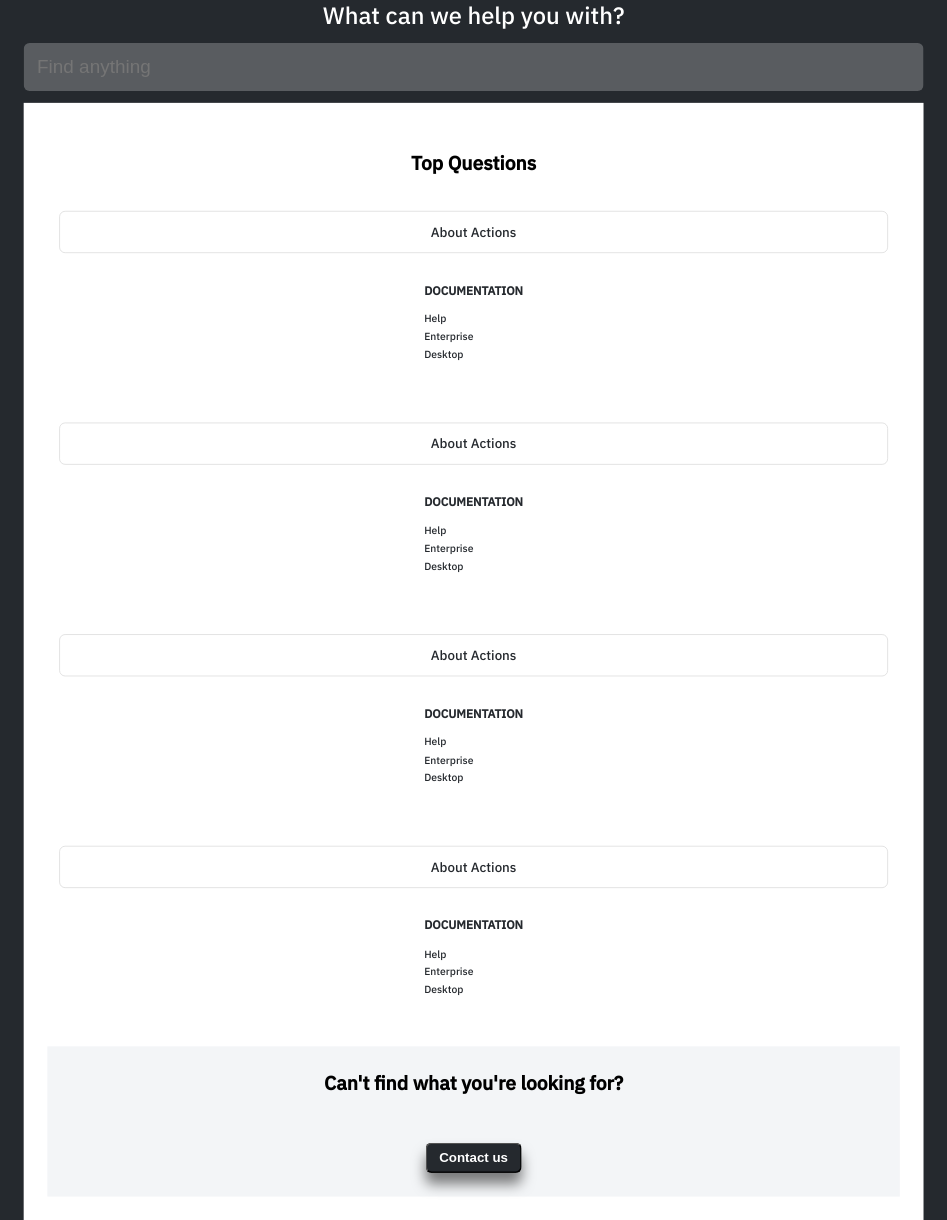
Repository: Hcmwebs/Help-Center-UI-
Page: index.html
An editor plug-in stored every save of this project. The page is shown before and after the next save, followed by the edit.
The browser window is 1280 px wide. The pictures show the whole page, at 74% of full size.
The style sheet was rebuilt from its Sass, Less or Tailwind sources for each picture, by a compiler version that may differ from the author's.

Above is the page before, as saved 2020-08-26 00:41:06.

After the next save:
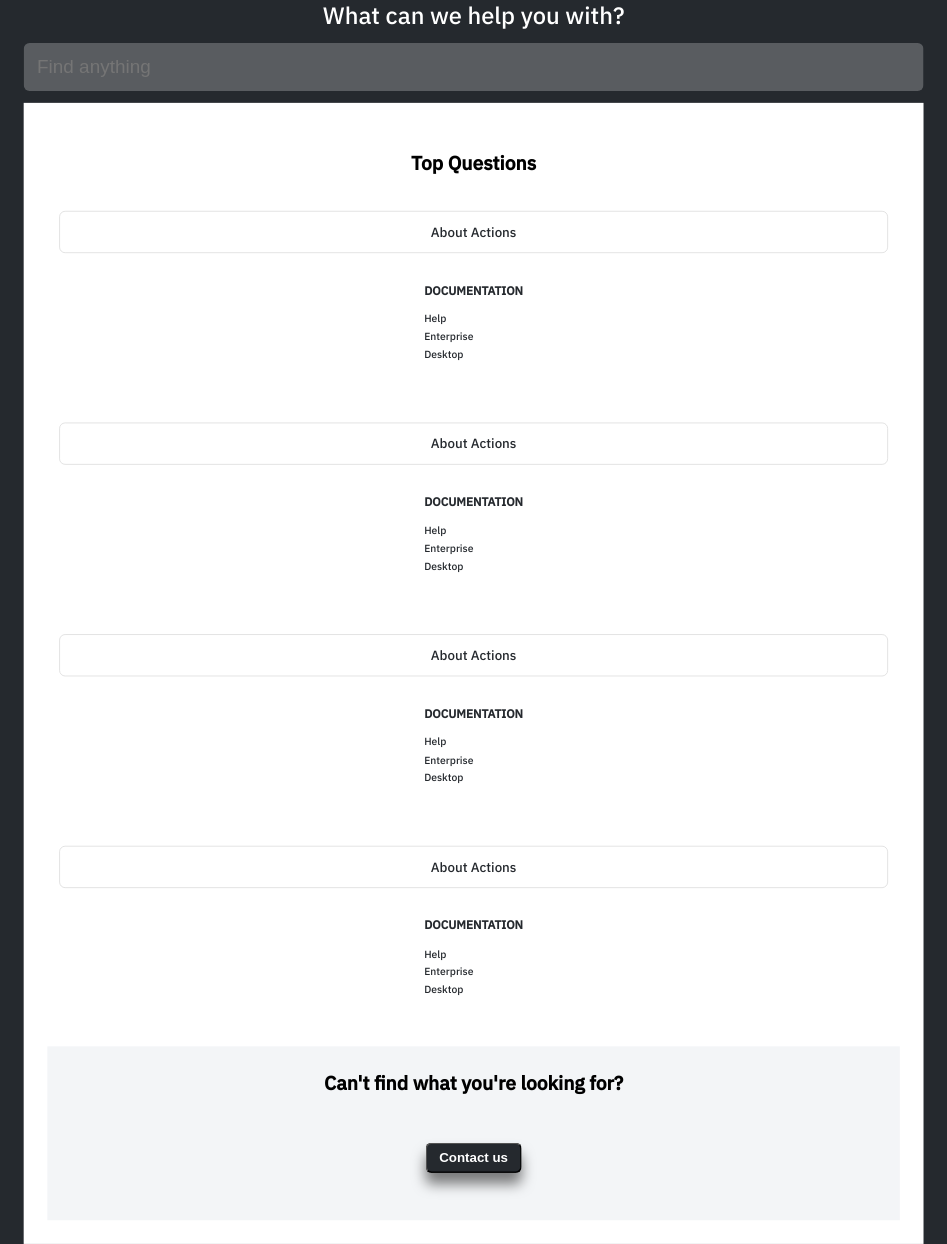
Saved 20 s later.
--- a/scss/styles.scss
+++ b/scss/styles.scss
@@ -137,6 +137,7 @@ header{
         flex-direction: column;
         justify-content: center;
         align-items: center;
+        padding-bottom: 2rem;
 
         button{
             font-size: 18px;
